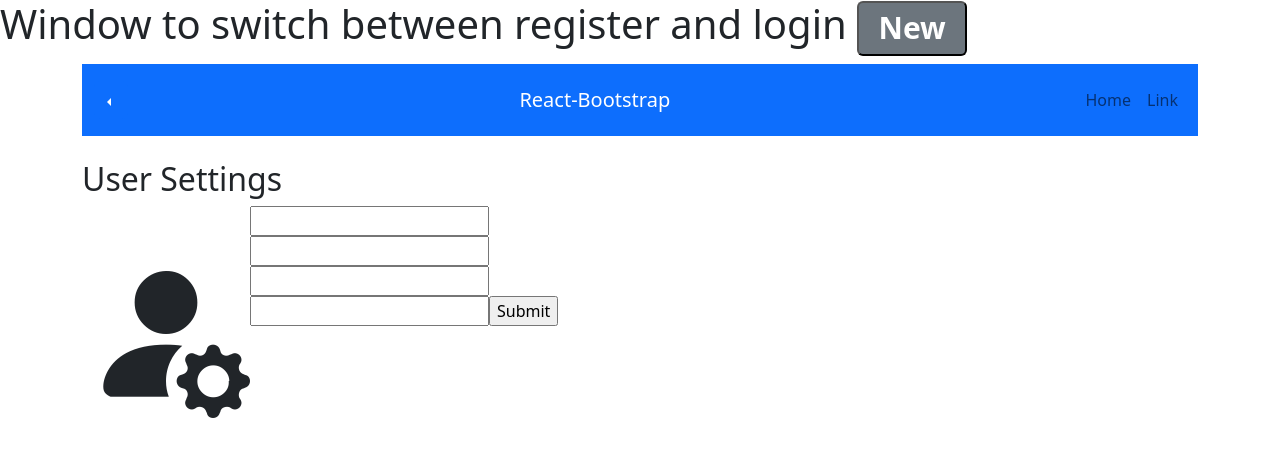
Repository: christenis98/RealWorldApp
Page: / (app in bank-frontend/)
An editor plug-in stored every save of this project. The page is shown before and after the next save, followed by the edit.
The browser window is 1280 px wide. The pictures show the whole page.
The project was rebuilt for these pictures with package versions that can differ from the ones it lists, and the page was loaded fresh each time. Also part of the build but not shown: bank-frontend/src/App.css.

Above is the page before, as saved 2022-11-24 12:44:44.

After the next save:
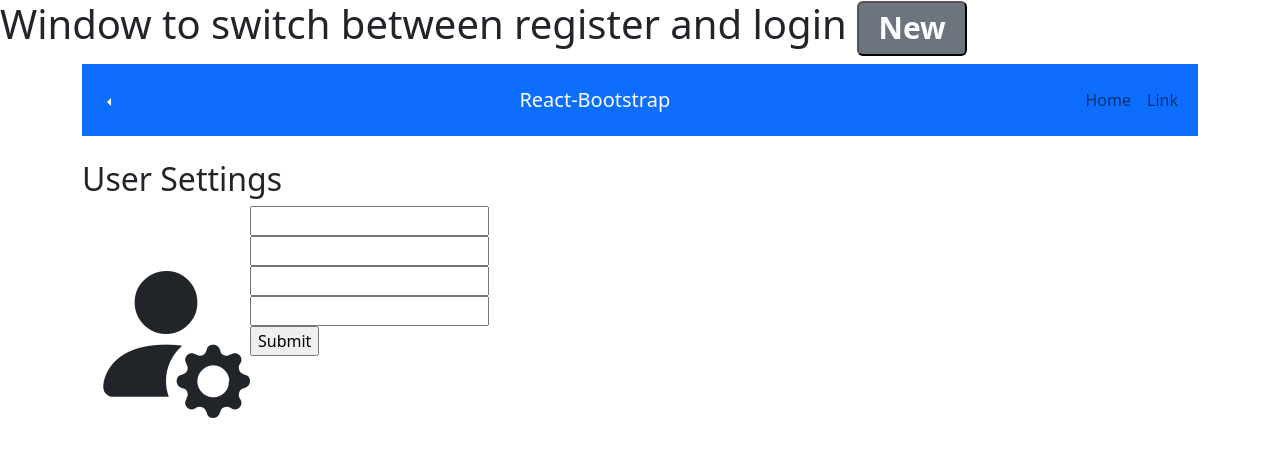
Saved 38 s later.
--- a/bank-frontend/src/js/UserSettings.jsx
+++ b/bank-frontend/src/js/UserSettings.jsx
@@ -24,6 +24,8 @@ function UserSettings() {
                     </div>
                     <div className="">
                         <input type="text" name="name" />
+                    </div>
+                    <div className=''>
                         <input type="submit" value="Submit" />
                     </div>
                 </div>
